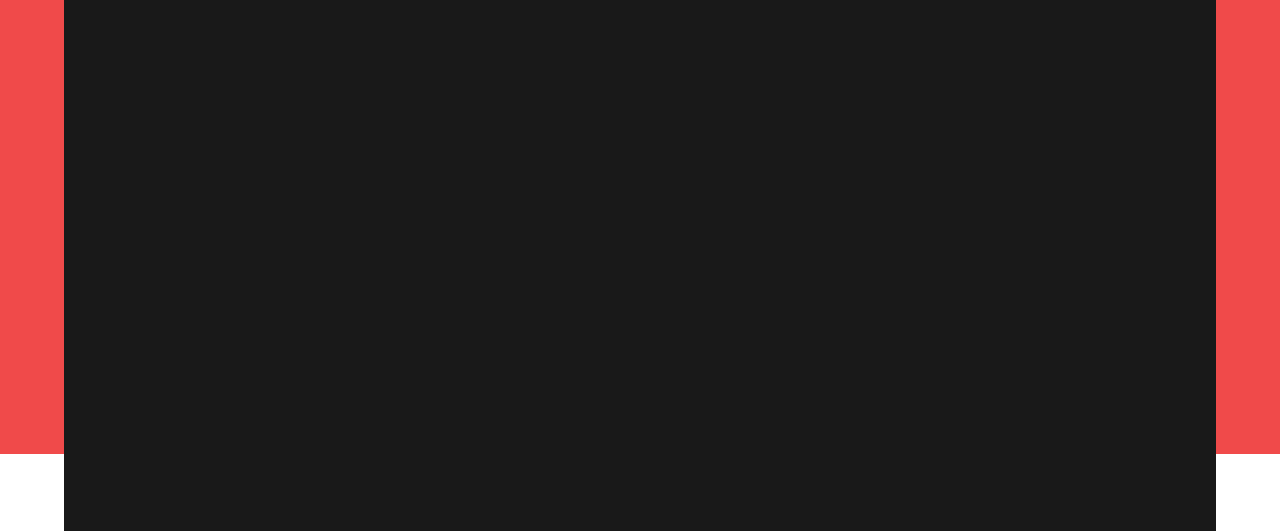
Repository: syedali042/quadacts-cucurico
Page: index.html
The author's editor kept a copy of each file at every save. The page is drawn from the files as they stood at one save, then again after the next save.
The browser window is 1280 px wide. The pictures show the part of the page from y = 1274 to 1805 px (the page is 1805 px tall before and 1728 px after).

Above is the page before, as saved 2021-10-03 23:09:33.

### index.html
<!DOCTYPE html>
<html lang="en">
<head>
    <meta charset="UTF-8">
    <meta http-equiv="X-UA-Compatible" content="IE=edge">
    <meta name="viewport" content="width=device-width, initial-scale=1.0">
    <link rel="stylesheet" href="index.css">
    <title>Cucurico</title>
</head>
<body>

    <section class="header">

        <div class="header-container">
            <div class="logo-container">
                <img src="logo.jpg" alt="" class="logo">
            </div>
            <div class="menu-container">
                <div class="menu">
                    <ul>
                        <li>Login</li>
                        <li>0512473301</li>
                        <li>Menu 3</li>
                        <li>Menu 4</li>
                        <li>Menu 5</li>
                        <li>Menu 6</li>
                        <li>Menu 7</li>
                    </ul>
                </div>
            </div>
        </div>

    </section>

    <section>

        <div class="first-background">
            <div class="overlay">
                <h2>Text Heading <br> Text Text Heading</h2>
                <p class="text-paragraph">
                    Once you install the extension, you will have the ability to right click on any text and view its font details. Clicking the "Font Details".
                </p>
                <button class="button button2 right-button">Button 2</button>
                <button class="button button3 right-button">Button 1</button>
            </div>
        </div>

    </section>

    <section class="three">
        <img src="bg-2.png" class="img-2">
        <div class="text-white">
            <h2>Heading One</h2>
            <p>

                במשקל ויישום אורח חיים בריא הופכים למטרה <br>אפשרית עם ScaleApp

                ירידה
                 משלב משקל חכם עם אפליקציה <br>המבצעת בקרת משקל ומספקת כלים

                פיתוח חדשני זה
                 לא עוד <br>משקל מיושן שלא יודע לעשות דבר מלבד להציג את משקלכם
                לשמירה על<br> יומיום פעיל ובריא.<br>


                באותו הרגע.מוח חכם, ראש שקילה

                הם <br>רק חלק ממה שנותן ScaleApp למשתמשיו.

            </p>
            <button class="button button4">Button 2</button>
        </div>


    </section>

    <section class="four">

        <div class="dark-bg">

        </div>

    </section>

</body>
</html>

### index.css
body{
    margin: 0;
}
.header{
    background: #fff;
}

.header-container{
    display: flex;
    padding-left: 30px;
    padding-right: 30px;
}
.logo-container{
    width:30%;
}
.logo{
    width: 80px;
    height: 50px;
}
.menu-container{
    width: 70%;
}
.menu ul{
    display: flex;
    align-items: center;
    justify-content: right;
    padding-right: 30px
}
.menu ul li{
    list-style: none;
    padding-right: 30px;
}

.first-background{
    background-image:    url('first-bg.png');
    background-size:     cover;
    background-repeat:   no-repeat;
    background-blend-mode: overlay;
    width: 100%;
    height: 500px;
}

.first-background .overlay{
    margin-top: 13%;
    width: 500px;
    float: right;
}

.first-background .overlay h2{
    padding-right: 20%;
    font-family: 'Assistant';
    font-style: normal;
    font-weight: 800;
    font-size: 30px;
    text-align: right;
    color: #F8D342;
}
.first-background .overlay p{
    padding-right: 20%;
    font-family: 'Assistant';
    font-style: normal;
    font-weight: bold;
    font-size: 13px;
    text-align: right;
    color: #F8D342;
}


.button { /* Green */
    border: none;
    color: white;
    padding: 10px 32px;
    text-align: center;
    text-decoration: none;
    display: inline-block;
    font-size: 16px;
    margin: 4px 2px;
    transition-duration: 0.4s;
    cursor: pointer;
  }
  .right-button{
    float: right;
  }
  .button2{
    margin-right: 20%;
    background-color: #F04A4A;
    color:#fff;
    border: 2px solid #F04A4A;
  }
  .button4{
    /* margin-right: 20%; */
    background-color: #F04A4A;
    color:#fff;
    border: 2px solid #F04A4A;
    float: right;
  }
  .button3 {
    margin-right: 10%;
    background-color: transparent;
    color:#F8D342;
    border: 2px solid #F8D342;
  }

  .button3:hover {
    background-color: #F8D342;
    color: white;
  }
  .three{
      width: 100%;
      height: 700px;
  }
  .img-2{
    width: 100%;
    max-height: 100%;
    position: absolute;
    z-index: -1;
  }
  .text-white{
    background-color: #191919;
    color: #fff;
    width: 50%;
    text-align: right;
    padding-top: 13%;
    margin-right:10%;
    align-items: right;
  }

  .four{
      background-color: #F04A4A;
      width: 100%;
      height: 500px;
      margin-top: -2%;
  }
  .dark-bg{
      display: flex;
      align-items: center;
      justify-content: center;
      background-color: #191919;
      margin-left: 5%;
      margin-right: 5%;
      padding-top: 3%;
      padding-bottom: 3%;
      height: 100%;
  }
/*##Device = Desktops
##Screen = 1281px to higher resolution desktops
*/



@media (min-width: 1281px) {

/* CSS */



}

/*
##Device = Laptops, Desktops
##Screen = B/w 1025px to 1280px
*/

@media (min-width: 1025px) and (max-width: 1280px) {

/* CSS */

}

/*
##Device = Tablets, Ipads (portrait)
##Screen = B/w 768px to 1024px
*/

@media (min-width: 768px) and (max-width: 1024px) {

/* CSS */

}

/*
##Device = Tablets, Ipads (landscape)
##Screen = B/w 768px to 1024px
*/

@media (min-width: 768px) and (max-width: 1024px) and (orientation: landscape) {

/* CSS */

}

/*
##Device = Low Resolution Tablets, Mobiles (Landscape)
##Screen = B/w 481px to 767px
*/

@media (min-width: 481px) and (max-width: 767px) {

/* CSS */

}

/*
##Device = Most of the Smartphones Mobiles (Portrait)
##Screen = B/w 320px to 479px
*/

@media (min-width: 320px) and (max-width: 480px) {

/* CSS */

}
/*
#Device = Desktops
##Screen = 1281px to higher resolution desktops
*/

@media (min-width: 1281px) {

/* CSS */

}

/*
##Device = Laptops, Desktops
##Screen = B/w 1025px to 1280px
*/

@media (min-width: 1025px) and (max-width: 1280px) {

/* CSS */

}

/*
##Device = Tablets, Ipads (portrait)
##Screen = B/w 768px to 1024px
*/

@media (min-width: 768px) and (max-width: 1024px) {

/* CSS */

}

/*
##Device = Tablets, Ipads (landscape)
##Screen = B/w 768px to 1024px
*/

@media (min-width: 768px) and (max-width: 1024px) and (orientation: landscape) {

/* CSS */

}

/*
##Device = Low Resolution Tablets, Mobiles (Landscape)
##Screen = B/w 481px to 767px
*/

@media (min-width: 481px) and (max-width: 767px) {

/* CSS */

}

/*
##Device = Most of the Smartphones Mobiles (Portrait)
##Screen = B/w 320px to 479px
*/

@media (min-width: 320px) and (max-width: 480px) {

/* CSS */

}

After the next save:
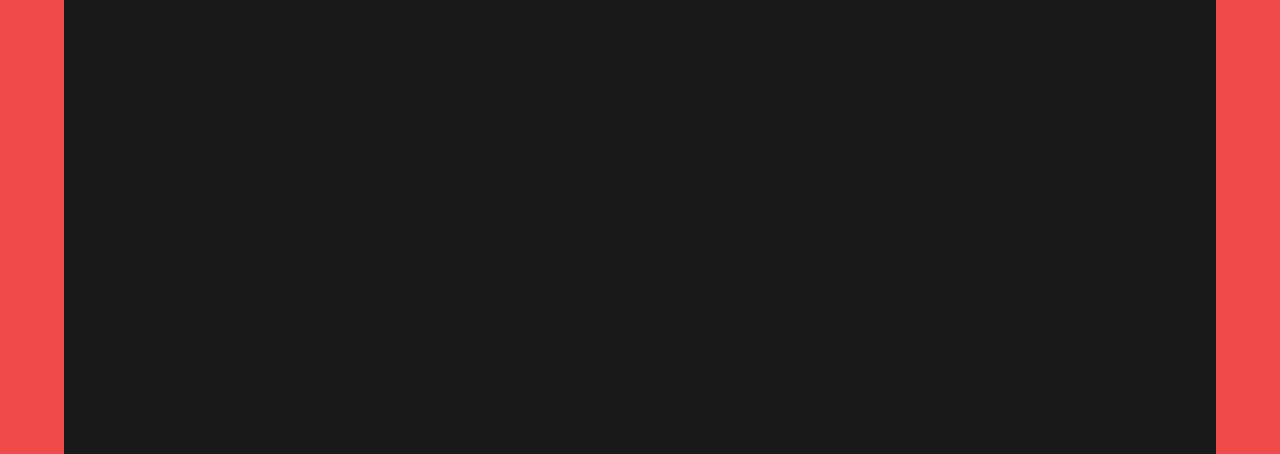
Saved 11 s later.
--- a/index.css
+++ b/index.css
@@ -138,8 +138,6 @@
       background-color: #191919;
       margin-left: 5%;
       margin-right: 5%;
-      padding-top: 3%;
-      padding-bottom: 3%;
       height: 100%;
   }
 /*##Device = Desktops
